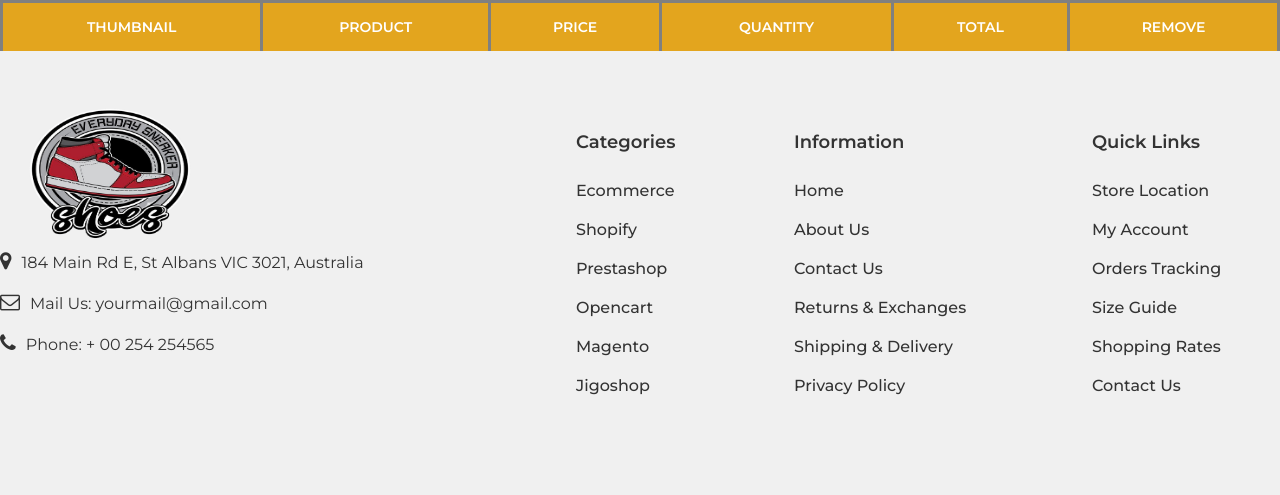
Repository: Toan3333/TranAnhToan
Page: pages/cart.html
An editor plug-in stored every save of this project. The page is shown before and after the next save, followed by the edit.
The browser window is 1280 px wide. The pictures show the part of the page from y = 328 to 874 px (the page is 823 px tall before and 874 px after).

Above is the page before, as saved 2023-02-18 22:00:38.

After the next save:
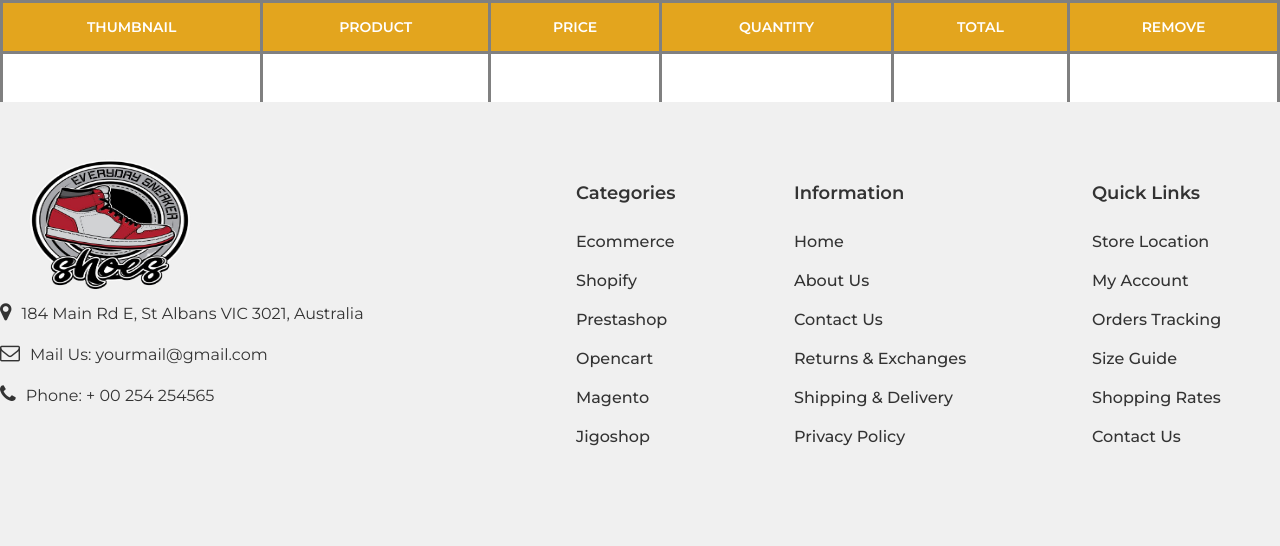
Saved 19 s later.
--- a/pages/cart.html
+++ b/pages/cart.html
@@ -74,7 +74,16 @@
                 <th class="pro-remove">Remove</th>
               </tr>
             </thead>
-            <tbody></tbody>
+            <tbody>
+              <tr>
+                <th class="pro-thumnail">Thumbnail</th>
+                <th class="pro-title">Product</th>
+                <th class="pro-price">Price</th>
+                <th class="pro-quantity">Quantity</th>
+                <th class="pro-subtotal">Total</th>
+                <th class="pro-remove">Remove</th>
+              </tr>
+            </tbody>
           </table>
         </div>
       </section>
